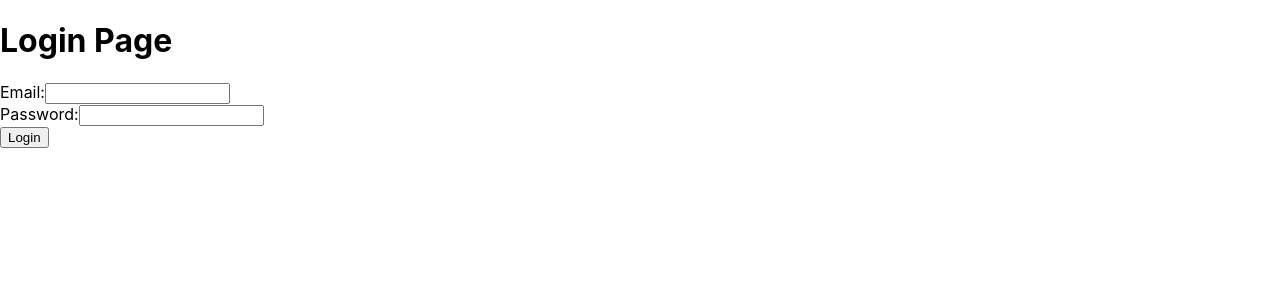
Repository: Idrees-Mo/shop-admin
Page: /
An editor plug-in stored every save of this project. The page is shown before and after the next save, followed by the edit.
The browser window is 1280 px wide. The pictures show the whole page.
The project was rebuilt for these pictures with package versions that can differ from the ones it lists, and the page was loaded fresh each time. Also part of the build but not shown: src/components/Dashboard.js.

Above is the page before, as saved 2025-10-23 11:41:48.

### src/App.js
import "./App.css";
import { AuthProvider, useAuth } from "./contexts/AuthContext";
import Dashboard from "./components/Dashboard";
import Login from "./components/auth/Login";

function AppContent() {
  const { user } = useAuth();

  return <div className="app">{user ? <Dashboard /> : <Login />}</div>;
}

function App() {
  return (
    <AuthProvider>
      <AppContent />
    </AuthProvider>
  );
}

export default App;

### src/contexts/AuthContext.js
import { createContext, useContext, useState } from "react";

const AuthContext = createContext();

export const AuthProvider = ({ children }) => {
  const [user, setUser] = useState(null);
  const [loading, setLoading] = useState(false);

  const login = async (email, password) => {
    setLoading(true);
    // Simulate an API call
    return new Promise((resolve) => {
      setTimeout(() => {
        // Simulate successful login
        setUser({ id: 1, name: "Admin User", email, role: "admin" });
        setLoading(false);
        resolve();
      }, 1000);
    });
  };

  const logout = () => {
    setUser(null);
  };

  const value = { user, setUser, loading, login, logout };

  return <AuthContext.Provider value={value}>{children}</AuthContext.Provider>;
};

export const useAuth = () => {
  const context = useContext(AuthContext);
  if (!context) {
    throw new Error("useAuth must be used within an AuthProvider");
  }
  return context;
};

### src/components/auth/Login.js
import React, { useState } from "react";
import { useAuth } from "../../contexts/AuthContext";

const Login = () => {
  const [email, setEmail] = useState("");
  const [password, setPassword] = useState("");

  const { login, loading } = useAuth();

  const handleSubmit = (e) => {
    e.preventDefault();
    login(email, password);
  };

  return (
    <div>
      <h1>Login Page</h1>
      <form onSubmit={handleSubmit}>
        <div>
          <label>Email:</label>
          <input
            type="email"
            value={email}
            onChange={(e) => setEmail(e.target.value)}
          />
        </div>
        <div>
          <label>Password:</label>
          <input
            type="password"
            value={password}
            onChange={(e) => setPassword(e.target.value)}
          />
        </div>
        <button type="submit" disabled={loading}>
          {loading ? "Logging in..." : "Login"}
        </button>
      </form>
    </div>
  );
};

export default Login;

Loaded but not shown: public/index.html (common file); src/index.js (common file); src/index.css (common file); src/reportWebVitals.js (common file); src/App.css (common file)

After the next save:
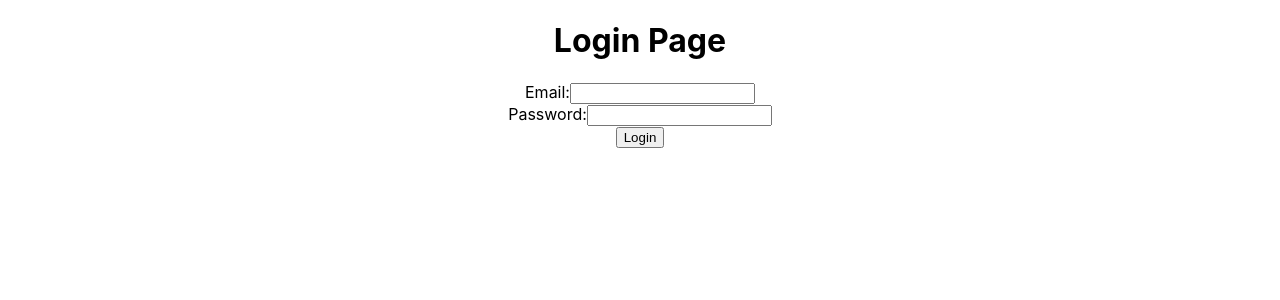
Saved 17 s later.
--- a/src/App.js
+++ b/src/App.js
@@ -6,7 +6,7 @@ import Login from "./components/auth/Login";
 function AppContent() {
   const { user } = useAuth();
 
-  return <div className="app">{user ? <Dashboard /> : <Login />}</div>;
+  return <div className="App">{user ? <Dashboard /> : <Login />}</div>;
 }
 
 function App() {
